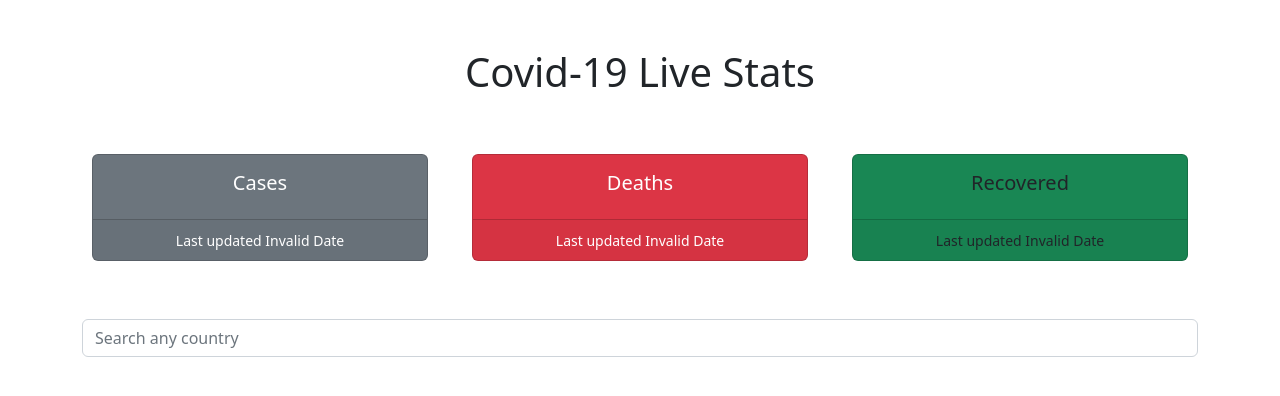
Repository: azizdeghais/CovidTracker
Page: /
An editor plug-in stored every save of this project. The page is shown before and after the next save, followed by the edit.
The browser window is 1280 px wide. The pictures show the whole page.
The page's requests for data from a server got no answer. The project was rebuilt for these pictures with package versions that can differ from the ones it lists, and the page was loaded fresh each time. No one was signed in, and anything a server would have sent is missing. Also part of the build but not shown: vite.config.js.

Above is the page before, as saved 2023-03-09 16:36:08.

After the next save:
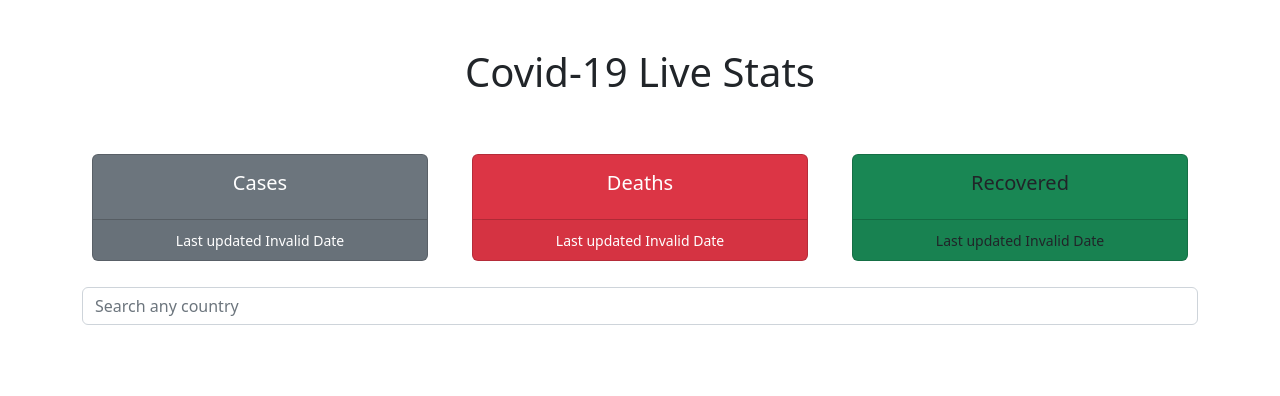
Saved 4 s later.
--- a/src/App.jsx
+++ b/src/App.jsx
@@ -74,7 +74,7 @@ function App() {
   return (
     <Container>
       <h1 className='text-center mb-5 mt-5'>Covid-19 Live Stats</h1>
-      <Row className='mb-5'>
+      <Row className='mb-3'>
         <Col>
           <Card className='text-center' bg='secondary' text='white' style={{margin:'10px'}} >
             <Card.Body>
